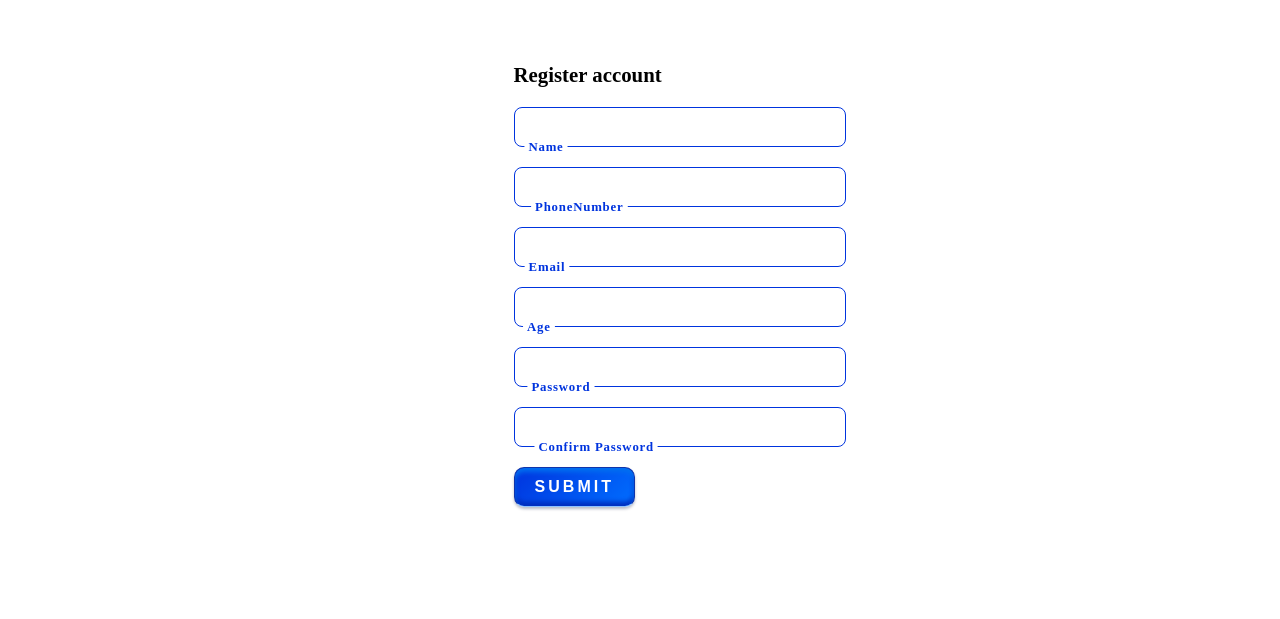
Repository: PeruriNaresh/Bank_Project
Page: http://localhost/bank_project/register.jsp
An editor plug-in stored every save of this project. The page is shown before and after the next save, followed by the edit.
The browser window is 1280 px wide. The pictures show the whole page.
The page is served by Tomcat 9. Other server files are loaded and not shown.

Above is the page before, as saved 2024-10-24 13:40:17.

### bank_project/src/main/webapp/register.jsp
<%@ page language="java" contentType="text/html; charset=UTF-8"
    pageEncoding="UTF-8"%>
<!DOCTYPE html>
<html>
<head>
<meta charset="UTF-8">
<title>Insert title here</title>
</head>
<style>
/* From Uiverse.io by Spacious74 */
.container {
  width:500px;
  height:400px;
  margin-left:40%;
  margin-top:5%;
}

.container .heading {
  font-size: 1.3rem;
  margin-bottom: 20px;
  font-weight: bolder;
}

.form {
  max-width: 300px;
  display: flex;
  flex-direction: column;
  gap: 20px;
}

.form .btn-container {
  width: 100%;
  display: flex;
  align-items: center;
  gap: 20px;
}

.form .btn {
  padding: 10px 20px;
  font-size: 1rem;
  text-transform: uppercase;
  letter-spacing: 3px;
  border-radius: 10px;
  border: solid 1px #1034aa;
  border-bottom: solid 1px #90c2ff;
  background: linear-gradient(135deg, #0034de, #006eff);
  color: #fff;
  font-weight: bolder;
  transition: all 0.2s ease;
  box-shadow: 0px 2px 3px #000d3848, inset 0px 4px 5px #0070f0,
    inset 0px -4px 5px #002cbb;
}

.form .btn:active {
  box-shadow: inset 0px 4px 5px #0070f0, inset 0px -4px 5px #002cbb;
  transform: scale(0.995);
}

.input-field {
  position: relative;
}

.input-field label {
  position: absolute;
  color: #8d8d8d;
  pointer-events: none;
  background-color: transparent;
  left: 15px;
  transform: translateY(0.6rem);
  transition: all 0.3s ease;
}

.input-field input {
  padding: 10px 15px;
  font-size: 1rem;
  border-radius: 8px;
  border: solid 1px #8d8d8d;
  letter-spacing: 1px;
  width: 100%;
}

.input-field input:focus,
.input-field input:valid {
  outline: none;
  border: solid 1px #0034de;
}

.input-field input:focus ~ label,
.input-field input:valid ~ label {
  transform: translateY(-51%) translateX(-10px) scale(0.8);
  background-color: #fff;
  padding: 0px 5px;
  color: #0034de;
  font-weight: bold;
  letter-spacing: 1px;
  border: none;
  border-radius: 100px;
}

.form .passicon {
  cursor: pointer;
  font-size: 1.3rem;
  position: absolute;
  top: 6px;
  right: 8px;
}

.form .close {
  display: none;
}

</style>
<body>
<div class="container">
  <div class="heading">Register account</div>
  <form class="form" action="">
    <div class="input-field">
      <input type="text" name="name" id="name"/>
      <label for="name">Name</label>
    </div>
    <div class="input-field">
      <input type="number" name="phone" id="phone"/>
      <label for="phone">PhoneNumber</label>
    </div>
    <div class="input-field">
      <input type="email" name="email" id="email"/>
      <label for="email">Email</label>
    </div>
    <div class="input-field">
      <input type="number" name="age" id="age"/>
      <label for="age">Age</label>
    </div>
    <div class="input-field">
      <input type="password" name="password"  id="password"/>
      <label for="username">Password</label>
    </div>
    <div class="input-field">
      <input type="text" name="confirm" id="confirm"/>
      <label for="confirm">Confirm Password</label>
    </div>
    <p style="display:none" id="msg">passwords doesnot match</p>
     <div class="btn-container">
      <button class="btn" disabled>Submit</button>
    </div>
  </form>
</div>
<script>
	var inputs=document.querySelectorAll("input");
	var msg=document.getElementById("msg");
	var confirm=inputs[5];
	var submit=document.querySelector("button");
	console.log(submit);
	confirm.addEventListener("change",()=>
	{
		var pass= inputs[4].value;
		if(pass!=confirm.value)
		{
			console.log("hello");
			msg.style.display="inline";
		}
		else
		{
			msg.style.display="none";
			submit.removeAttribute("disabled");
		}
	});
</script>
</body>
</html>

After the next save:
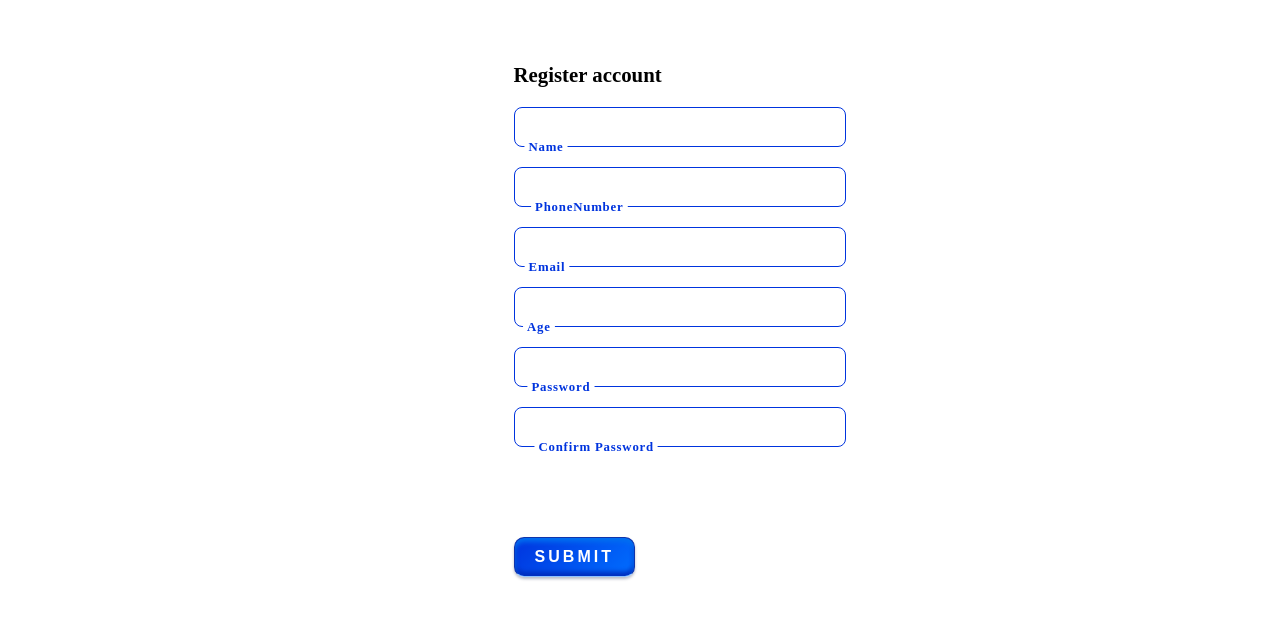
Saved 49 s later.
--- a/bank_project/src/main/webapp/register.jsp
+++ b/bank_project/src/main/webapp/register.jsp
@@ -138,7 +138,7 @@
       <input type="text" name="confirm" id="confirm"/>
       <label for="confirm">Confirm Password</label>
     </div>
-    <p style="display:none" id="msg">passwords doesnot match</p>
+    <p style="opacity:0" id="msg">passwords doesnot match</p>
      <div class="btn-container">
       <button class="btn" disabled>Submit</button>
     </div>
@@ -155,12 +155,11 @@
 		var pass= inputs[4].value;
 		if(pass!=confirm.value)
 		{
-			console.log("hello");
-			msg.style.display="inline";
+			msg.style.opacity=1;
 		}
 		else
 		{
-			msg.style.display="none";
+			msg.style.opacity=0;
 			submit.removeAttribute("disabled");
 		}
 	});
